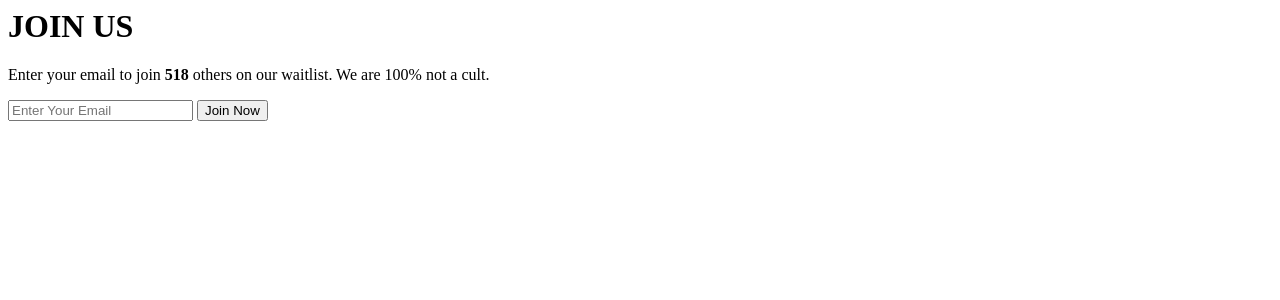
Repository: joeydom97/Node-MySQL
Page: http://localhost/
The author's editor kept a record of every edit. The page is drawn from the files as they stood at one moment, then again after the next edit.
The browser window is 1280 px wide. The pictures show the whole page.
The page is served by the project's Node server (JoinUs/app.js). Queries for data that is not in the repository find no rows.

Above is the page before.

After the next edit:
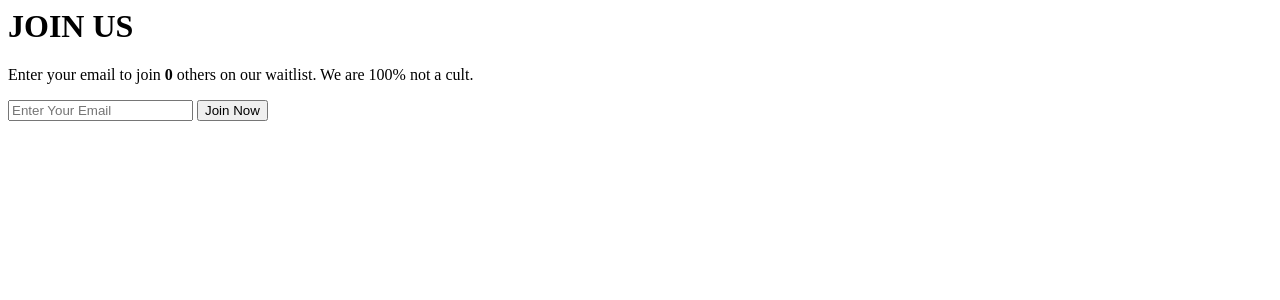
The edit:
--- a/workspace/JoinUs/views/home.ejs
+++ b/workspace/JoinUs/views/home.ejs
@@ -1,6 +1,6 @@
 <h1>JOIN US</h1>
 
-<p class="lead">Enter your email to join <strong>518</strong>
+<p class="lead">Enter your email to join <strong><%=count%></strong>
 
 others on our waitlist. We are 100% not a cult. </p>
 
